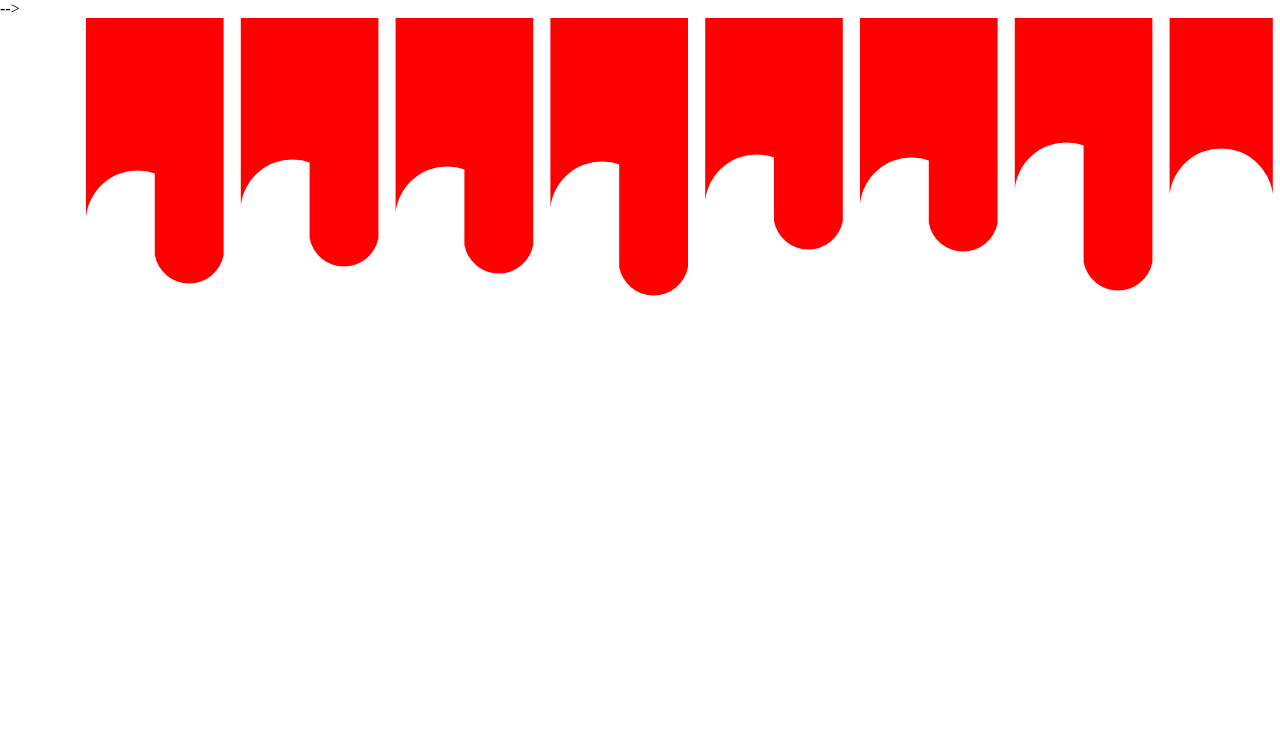
Repository: l-ollie/drip
Page: index.html
The author's editor kept a copy of each file at every save. The page is drawn from the files as they stood at one save, then again after the next save.
The browser window is 1280 px wide. The pictures show the whole page.

Above is the page before, as saved 2022-06-30 17:03:01.

### index.html
<!DOCTYPE html>
<!--[if lt IE 7]>      <html class="no-js lt-ie9 lt-ie8 lt-ie7"> <![endif]-->
<!--[if IE 7]>         <html class="no-js lt-ie9 lt-ie8"> <![endif]-->
<!--[if IE 8]>         <html class="no-js lt-ie9"> <![endif]-->
<!--[if gt IE 8]>      <html class="no-js"> <!--<![endif]-->
<html>
    <head>
        <meta charset="utf-8">
        <meta http-equiv="X-UA-Compatible" content="IE=edge">
        <title>Drip</title>
        <meta name="description" content="">
        <meta name="viewport" content="width=device-width, initial-scale=1">
        <link rel="stylesheet" href="assets/style.css">
    </head>
    <body>
        <!--[if lt IE 7]>
            <p class="browsehappy">You are using an <strong>outdated</strong> browser. Please <a href="#">upgrade your browser</a> to improve your experience.</p>
        <![endif]-->
        <div id="container">
            <!-- <svg width="100%" height="100%" xmlns="http://www.w3.org/2000/svg">
                <style>


                    .point-cursor { cursor: pointer; } /* specific elements */
                  </style>

                <path id="drip1"   class="point-cursor" d="M 0 0 v 100 a 50 50 1 0 0 100 0 v -100 Z"  fill="red">
                    <animate

                    id="dripAnim1"
                    attributeName="d"
                    dur="0.5"
                    type="translate"
                    begin="indefinite; "
                    repeatCount="1"
                    calcMode="spline"
                    keySplines=".21,.3,.01,.98"
                    values="M 0 0 v 100 a 50 50 1 0 0 100 0 v -100 Z ; M 0 0 v 100 a 50 50 1 0 0 100 0 v -100 Z"
                    />
                </path>



                <path id="ball1" d="M 100 0 v 100 a 50 50 0 0 1 100 0 v -100 Z"  fill="red">
                <animate
                id="anim1"
                attributeName="d"
                from="M 100 0 v 100 a 50 50 0 0 1 100 0 v -100 Z"
                to="M 100 0 v 200 a 50 50 0 0 1 100 0 v -200 Z"
                dur="1"
                type="translate"
                begin="0s; "
                repeatCount="1"
                fill="freeze"
                calcMode="spline"
                keySplines="0.4 0 0.2 1"
                values="
                M 100 0 v 200 a 50 50 0 0 1 100 0 v -200 Z
                ;
                M 100 0 v 100 a 50 50 0 0 1 100 0 v -100 Z
                "
                />
                <!-- <animate
                id="anim2"
                attributeName="d"
                from="M 100 0 v 200
                a 50 50 0 0 1 100 0
                v -200 Z"
                to="M 100 0 v 100
                a 50 50 0 0 1 100 0
                v -100 Z"
                dur="1"
                type="translate"
                begin="anim1.end"
                easing="ease-in-out"
                /> -->
                </path>

              </svg> -->
        </div>

        <script src="drip.js" async defer></script>
    </body>
</html>

### assets/style.css
body{
    margin: 0px;
}

#container{
    height: 100vh;
}

.point-cursor { cursor: pointer; }

### drip.js
// svg.appendChild(r);

function makeSVG() {
	const amount = 15;
	const width = 50;
	const height = 200;
	let currentXPos = 0;

	const svgWidth = Math.ceil(window.innerWidth / amount);

	let svgElement = document.createElementNS('http://www.w3.org/2000/svg', 'svg');
	svgElement.setAttributeNS(null, 'width', '100%');
	svgElement.setAttributeNS(null, 'height', '100%');

	for (let i = 0; i < amount; i++) {
		svgElement.appendChild(lowDrip(svgWidth, height, i));
	}
	document.getElementById('container').appendChild(svgElement);

	////////////////////////////////
	function lowDrip(width, height, i) {
		const dripLow = '1 0 0';
		const dripHigh = '0 0 1';
		let isLow;
		let arc;
		const idNames = [ 'drip', 'curve' ];
		let idName;
		const random = Math.random() * 50;

		if (i % 2 !== 0) {
			isLow = true;
			arc = dripLow;
			width *= 0.8;
			currentXPos += width;
			height = Math.ceil(height + random);
		} else {
			isLow = false;
			arc = dripHigh;
			currentXPos += width;
			width *= 1.2;
			height = Math.ceil(height - random);
		}

		function setAttributeNSForSvg(createElement, attributes, isPath) {
			let _svg = document.createElementNS('http://www.w3.org/2000/svg', createElement);
			const halfWidth = Math.ceil(width / 2);
			const _singlePath = `M ${currentXPos} 0 v ${height} a ${halfWidth} ${halfWidth} ${arc} ${width} 0 v -${height} Z`;

			for (let y = 0; y < attributes.length; y++) {
				_svg.setAttributeNS(null, attributes[y][0], attributes[y][1]);
			}
			if (isPath) {
				_svg.setAttributeNS(null, 'd', `${_singlePath}`);
				return _svg;
			} else {
				_svg.setAttributeNS(null, 'values', `${_singlePath} ; ${_singlePath}`);

				return _svg;
			}
		}

		const attributesDripPath = [ [ 'id', `${isLow ? idNames[0] : idNames[1]}${i}` ], [ 'fill', 'red' ] ];
		let _path = setAttributeNSForSvg('path', attributesDripPath, true);
		// if (isLow) console.log('adding cursur to ' + `${_path.getAttributeNS(null, 'id')}`);

		if (isLow === false) {
			return _path;
		} else {
			_path.setAttributeNS(null, 'class', 'point-cursor');
			const attributesDripAnim = [
				[ 'id', `dripAnim${i}` ],
				[ 'attributeName', 'd' ],
				[ 'dur', '0.5' ],
				[ 'type', 'translate' ],
				[ 'begin', 'indefinite; ' ],
				[ 'repeatCount', '1' ],
				[ 'calcMode', 'spline' ],
				[ 'keySplines', '.21,.3,.01,.98' ]
			];
			let _anim = setAttributeNSForSvg('animate', attributesDripAnim, false);
			_path.appendChild(_anim);

			return _path;
		}
	}
}

makeSVG();
window.onresize = makeSVG;

container.onmousedown = function(e) {
	const dripIDRegex = /drip/;
	let el = e.target.correspondingUseElement ? e.target.correspondingUseElement : e.target;
	const elementId = el.getAttributeNS(null, 'id');
	const dripName = dripIDRegex.exec(elementId);
	// console.log(dripIDRegex.exec(elementId));
	if (dripName === null) {
		return;
	}
	document.addEventListener('mousemove', onMouseMove);
	const dripNum = /[0-9]+/.exec(elementId);
	const clickBeginYPos = e.pageY;
	let dragLength = 0;
	let pathD = el.getAttribute('d');

	function onMouseMove(e) {
		dragLength = e.pageY - clickBeginYPos;
		el.setAttributeNS(null, 'd', addLength(pathD, dragLength));
	}

	function addLength(oldLength, dragLength) {
		const regex = /v+ +[0-9]+|v+ +-+[0-9]+/g;
		const drippingPoints = oldLength.match(regex);
		const drippingLength = Number(/[0-9]+/.exec(drippingPoints[0]));
		let newDrippingPoints = oldLength.replace(drippingPoints[0], `v ${drippingLength + dragLength}`);
		newDrippingPoints = newDrippingPoints.replace(drippingPoints[1], `v -${drippingLength + dragLength}`);
		return newDrippingPoints;
	}

	onmouseup = function() {
		document.removeEventListener('mousemove', onMouseMove);
		container.onmouseup = null;
		changeAnimation();
	};
	function changeAnimation() {
		console.log('changeAnim');
		if (dragLength === 0) {
			return;
		}
		const animId = Number(/[0-9]+/.exec(elementId));

		const regexPath = /M+ +[0-9]+ +[0-9]+ +v+ +[0-9]+ +a+ +[0-9]+ +[0-9]+ +[0-9]+ +[0-9]+ +[0-9]+ +[0-9]+ +[0-9]+ +v+ +-+[0-9]+ +Z/g;
		let svgAnimation = document.getElementById(`dripAnim${animId}`);
		const valuesProp = svgAnimation.getAttributeNS(null, 'values');
		let value;
		let values = [];

		while ((value = regexPath.exec(valuesProp)) !== null) {
			values.push(value[0]);
		}

		const changedValue = valuesProp.replace(values[0], `${addLength(values[1], dragLength)}`);
		svgAnimation.setAttributeNS(null, 'values', changedValue);
		svgAnimation.beginElement();
		el.setAttributeNS(null, 'd', pathD);
		dragLength = 0;
	}
};

After the next save:
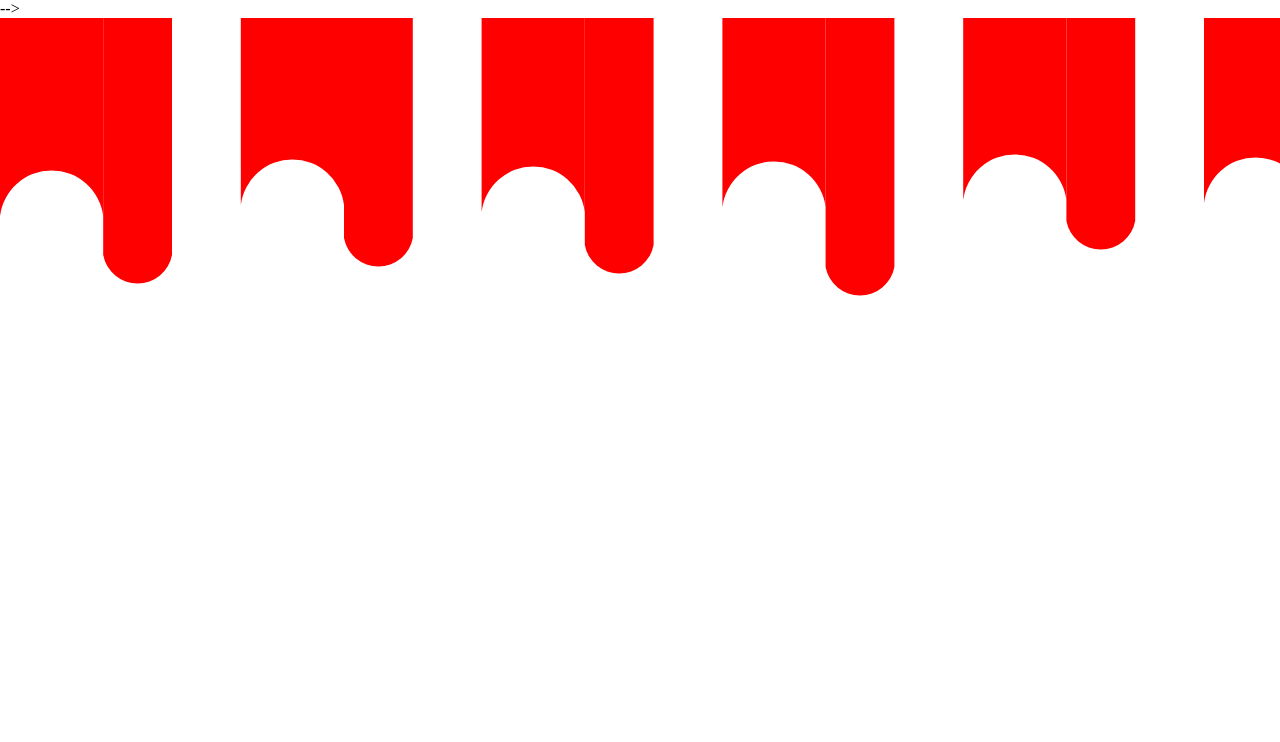
Saved 41 s later.
--- a/drip.js
+++ b/drip.js
@@ -31,12 +31,10 @@ function makeSVG() {
 			isLow = true;
 			arc = dripLow;
 			width *= 0.8;
-			currentXPos += width;
 			height = Math.ceil(height + random);
 		} else {
 			isLow = false;
 			arc = dripHigh;
-			currentXPos += width;
 			width *= 1.2;
 			height = Math.ceil(height - random);
 		}
@@ -49,6 +47,7 @@ function makeSVG() {
 			for (let y = 0; y < attributes.length; y++) {
 				_svg.setAttributeNS(null, attributes[y][0], attributes[y][1]);
 			}
+			currentXPos += width;
 			if (isPath) {
 				_svg.setAttributeNS(null, 'd', `${_singlePath}`);
 				return _svg;
